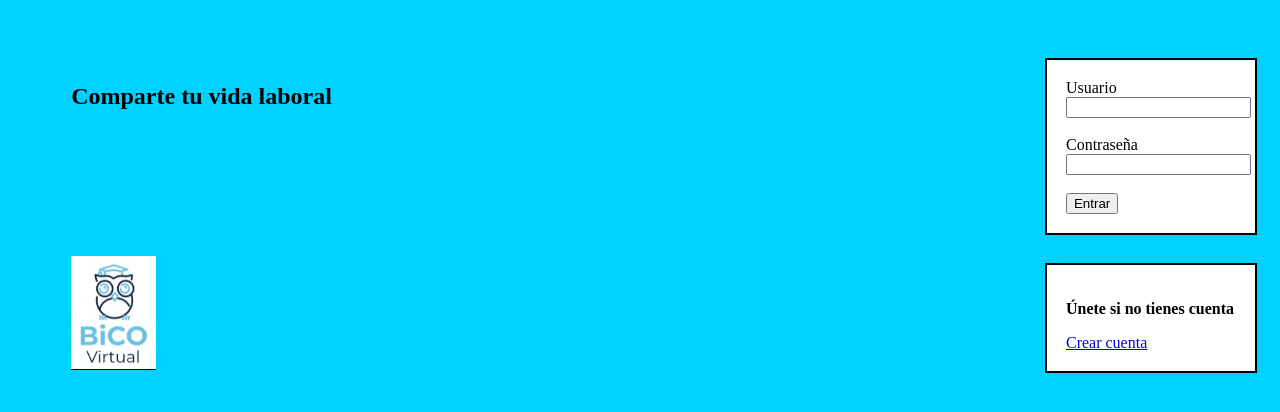
Repository: i72frpeu/IW_Bien
Page: http://localhost/Trabajo_IW/
The author's editor kept a copy of each file at every save. The page is drawn from the files as they stood at one save, then again after the next save.
The browser window is 1280 px wide. The pictures show the whole page.
The page is served by Tomcat 9. Other server files are loaded and not shown.

Above is the page before, as saved 2020-05-16 16:51:34.

### WorkSpace/Trabajo IW/WebContent/index.jsp
<!DOCTYPE html>

<html>

<head>
  <title>workForAll</title>
  <meta charset="ISO-8859-1">
  <link rel="stylesheet" type="text/css" href="CSS/wf1.css">
</head>

<body>
  <div class="loggin">
    <!--Cuadro para introducir username, password o si ha olvidado la contraseña-->
    <div class="inicio_sesion">
      <form action="mvc/control/loginControl.jsp" method="post" target="_self">

        <!--Introduce el usuario-->
        Usuario<br>
        <input type="email" name="usuario" id="usuario" required><br><br>

        <!--Introduce la contraseña-->
        Contrase&ntilde;a<br>
        <input type="password" name="contr" id="contr" required><br><br>

        <!--Quiere entrar en la aplicacion-->
        <input type="submit" value="Entrar">
      </form>
    </div>

    <!--Unirse si no tienes cuenta-->
    <div class="no_tiene_cuenta">
      <p><strong>&Uacute;nete si no tienes cuenta</strong></p>
      <a href="mvc/control/signonControl.jsp">Crear cuenta</a>
    </div>

  </div>

  <!--Mensaje de bienvenida-->
  <h2 class="mensaje_inicio"><strong>Comparte tu vida laboral</strong></h2>

  <!--Definimos la foto de inicio-->
  <img src="img/logo.jpg" alt="LOGO" class="logo_inicio">

</body>
</html>

### WorkSpace/Trabajo IW/WebContent/CSS/wf1.css
body
{
	background-color: rgb(0,210,255);
}

.loggin
{
	float:right;
	margin:3%;
}

.inicio_sesion
{
	background-color: white;
	border: 2px solid black;
	padding: 10%;
	margin-bottom: 15%;
	width: 90%;

}

.no_tiene_cuenta
{
	background-color: white;
	border: 2px solid black;
	padding: 10%;
	width: 90%;
}

.logo_inicio
{
	overflow: hidden;
	padding: 5%;
}

.mensaje_inicio
{
	padding: 5%;
	left: 50%;

}

After the next save:
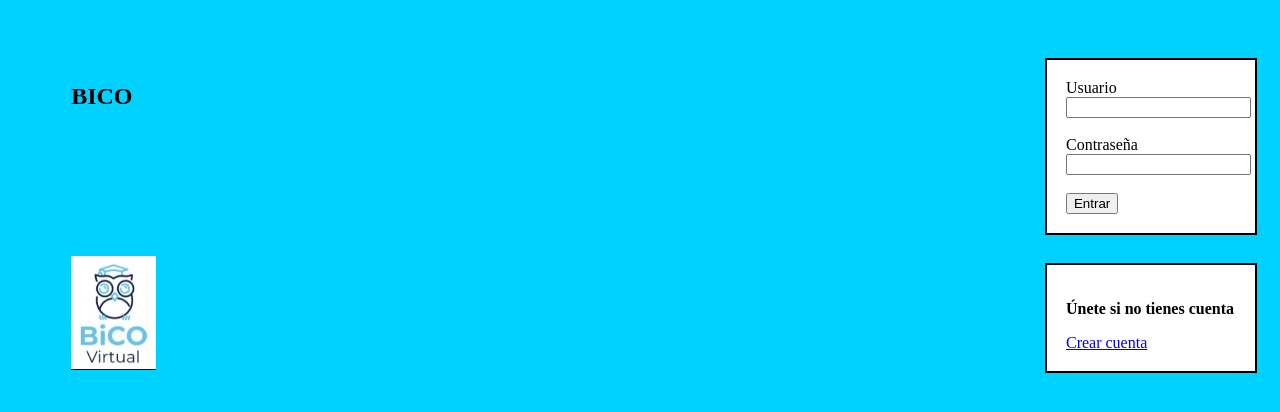
Saved 111 s later.
--- a/WorkSpace/Trabajo IW/WebContent/index.jsp
+++ b/WorkSpace/Trabajo IW/WebContent/index.jsp
@@ -36,7 +36,7 @@
   </div>
 
   <!--Mensaje de bienvenida-->
-  <h2 class="mensaje_inicio"><strong>Comparte tu vida laboral</strong></h2>
+  <h2 class="mensaje_inicio"><strong>BICO</strong></h2>
 
   <!--Definimos la foto de inicio-->
   <img src="img/logo.jpg" alt="LOGO" class="logo_inicio">
